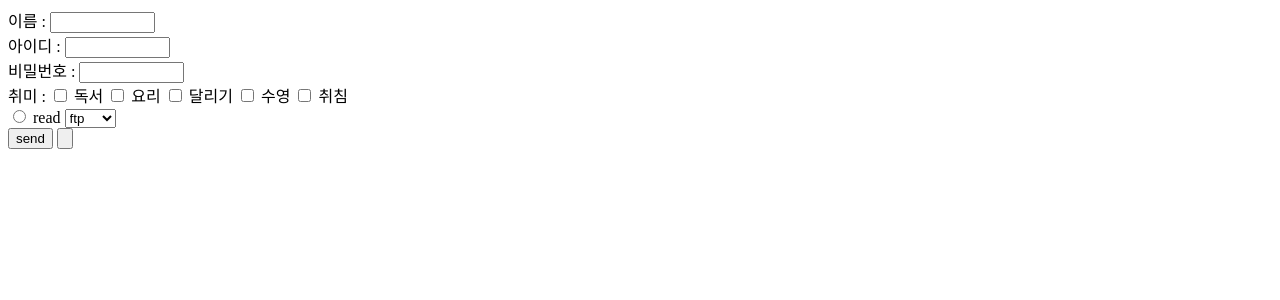
Repository: kimhun456/JSPLearn
Page: HelloWorld/WebContent/form.html
An editor plug-in stored every save of this project. The page is shown before and after the next save, followed by the edit.
The browser window is 1280 px wide. The pictures show the whole page.

Above is the page before, as saved 2015-06-27 12:57:56.

After the next save:
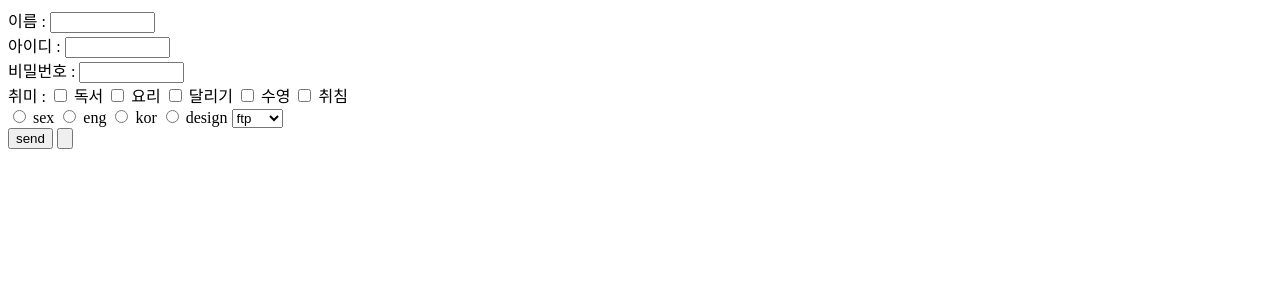
Saved 31 s later.
--- a/HelloWorld/WebContent/form.html
+++ b/HelloWorld/WebContent/form.html
@@ -16,7 +16,10 @@
 		<input type="checkbox" name="hobby" value="swim" > 수영
 		<input type="checkbox" name="hobby" value="sleep" > 취침  <br />
 
-		<input type="radio" name="major" value="read"> read
+		<input type="radio" name="major" value="sex"> sex
+		<input type="radio" name="major" value="eng"> eng
+		<input type="radio" name="major" value="kor"> kor
+		<input type="radio" name="major" value="design"> design
 
 
 
